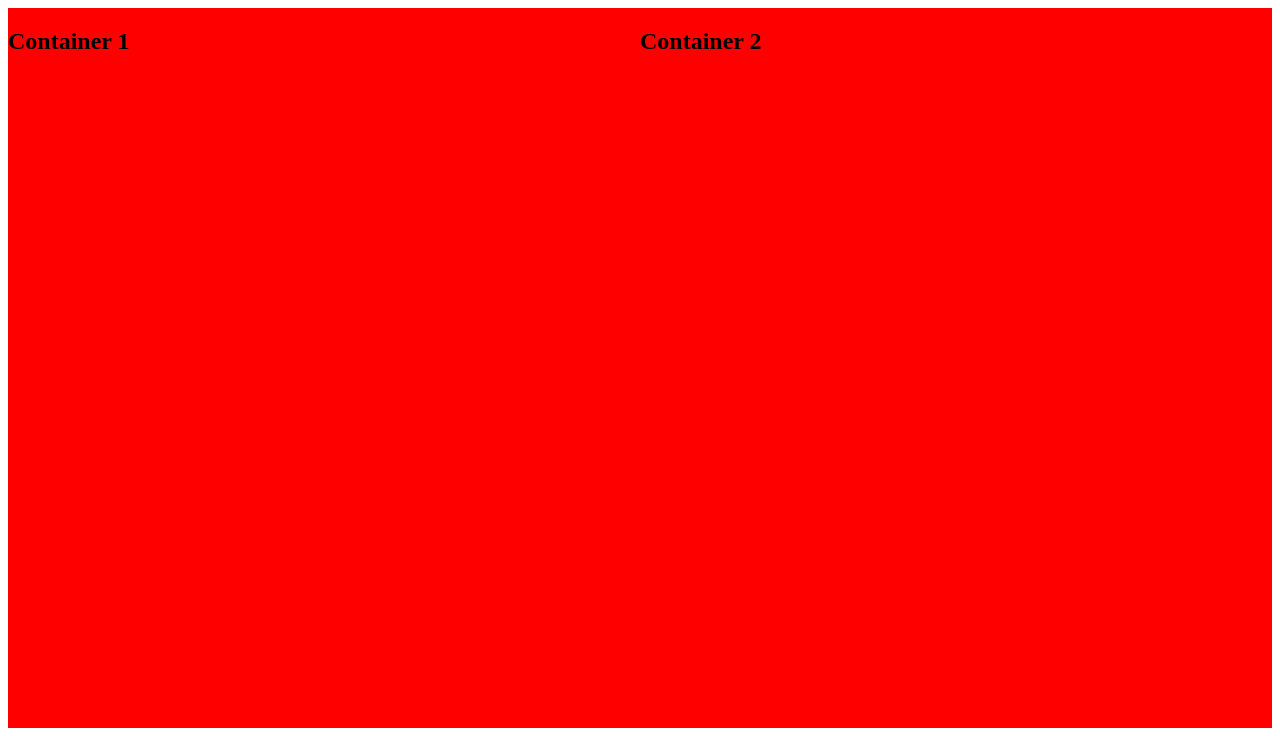
Repository: RohanSai22/harkirat-cohort-learnings
Page: Web/w1_a2.html
The author's editor kept a copy of each file at every save. The page is drawn from the files as they stood at one save, then again after the next save.
The browser window is 1280 px wide. The pictures show the whole page.

Above is the page before, as saved 2026-03-24 11:55:08.

### Web/w1_a2.html
<html>
    <head>
        <title>Eleven Labs : Sales Page </title>
    </head>
    <body>
        <div style ="min-height: 100vh; display: flex; background-color: red;">
            <div style="flex:1">
                <h2>Container 1</h2>
            </div>
            <div style="flex:1">
                 <h2>Container 2</h2>
            </div>
        </div>
    </body>
</html>

After the next save:
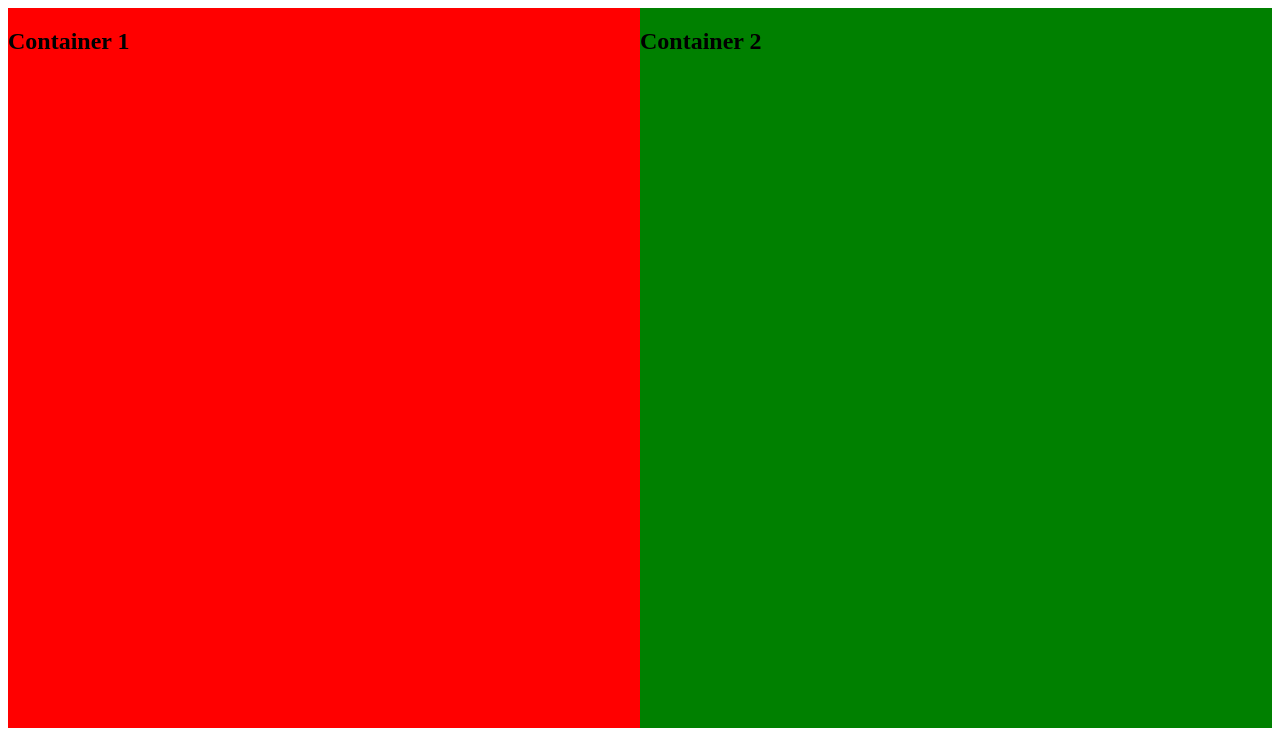
Saved 34 s later.
--- a/Web/w1_a2.html
+++ b/Web/w1_a2.html
@@ -3,11 +3,11 @@
         <title>Eleven Labs : Sales Page </title>
     </head>
     <body>
-        <div style ="min-height: 100vh; display: flex; background-color: red;">
-            <div style="flex:1">
+        <div style ="min-height: 100vh; display: flex;">
+            <div style="flex:1;background-color: red;">
                 <h2>Container 1</h2>
             </div>
-            <div style="flex:1">
+            <div style="flex:1;background-color: green;">
                  <h2>Container 2</h2>
             </div>
         </div>
